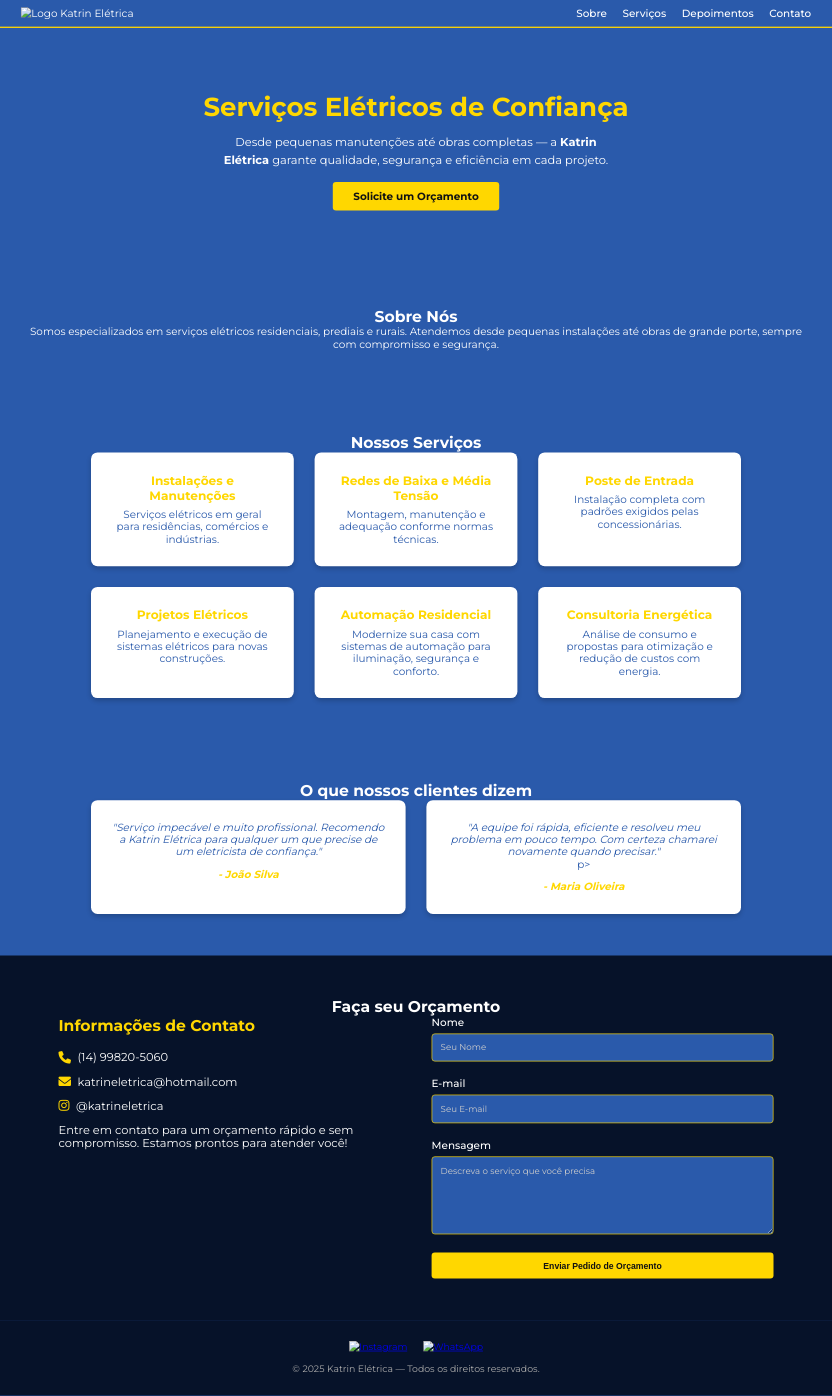
Repository: Jvcamargo1/katrin-site
Page: index.html
The author's editor kept a copy of each file at every save. The page is drawn from the files as they stood at one save, then again after a run of saves.
The browser window is 1280 px wide. The pictures show the whole page, at 65% of full size.

Above is the page before, as saved 2025-11-06 20:21:51.
Not found: instalogo.jpg
Not found: logoke.jpg
Not found: wpplogo.jpg

After the next 2 saves:
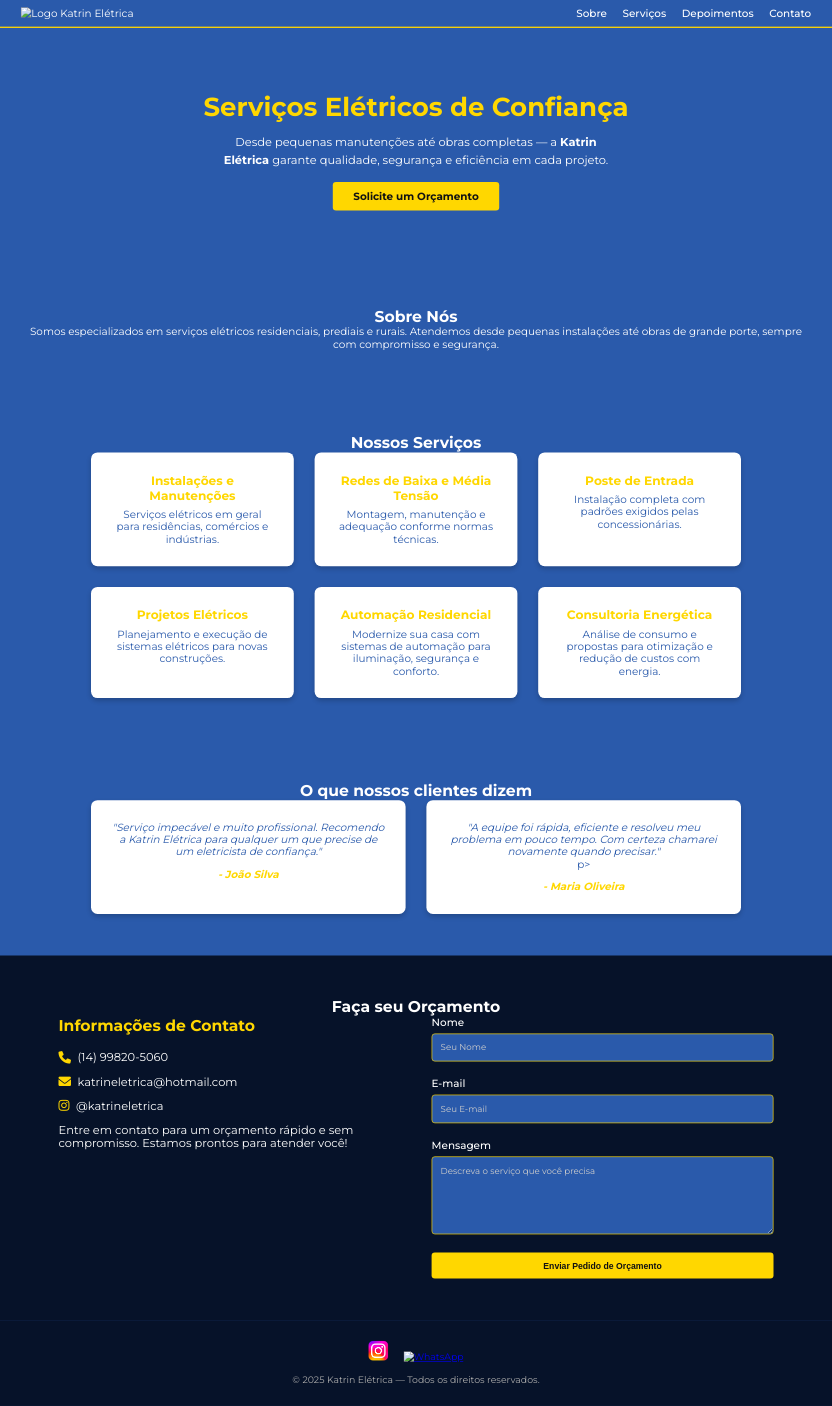
Not found: wpplogo.png
The 2 saves are shown as one change because they came seconds apart.
The last was saved 34 s later.
--- a/index.html
+++ b/index.html
@@ -115,8 +115,8 @@
 
   <footer>
     <div class="social-links">
-      <a href="https://instagram.com/katrineletrica" target="_blank"><img src="instalogo.jpg" alt="Instagram" class="social-icon"></a>
-      <a href="https://wa.me/5514998205060" target="_blank"><img src="wpplogo.jpg" alt="WhatsApp" class="social-icon"></a>
+      <a href="https://instagram.com/katrineletrica" target="_blank"><img src="instalogo.png" alt="Instagram" class="social-icon"></a>
+      <a href="https://wa.me/5514998205060" target="_blank"><img src="wpplogo.png" alt="WhatsApp" class="social-icon"></a>
     </div>
     <p>© 2025 Katrin Elétrica — Todos os direitos reservados.</p>
   </footer>
